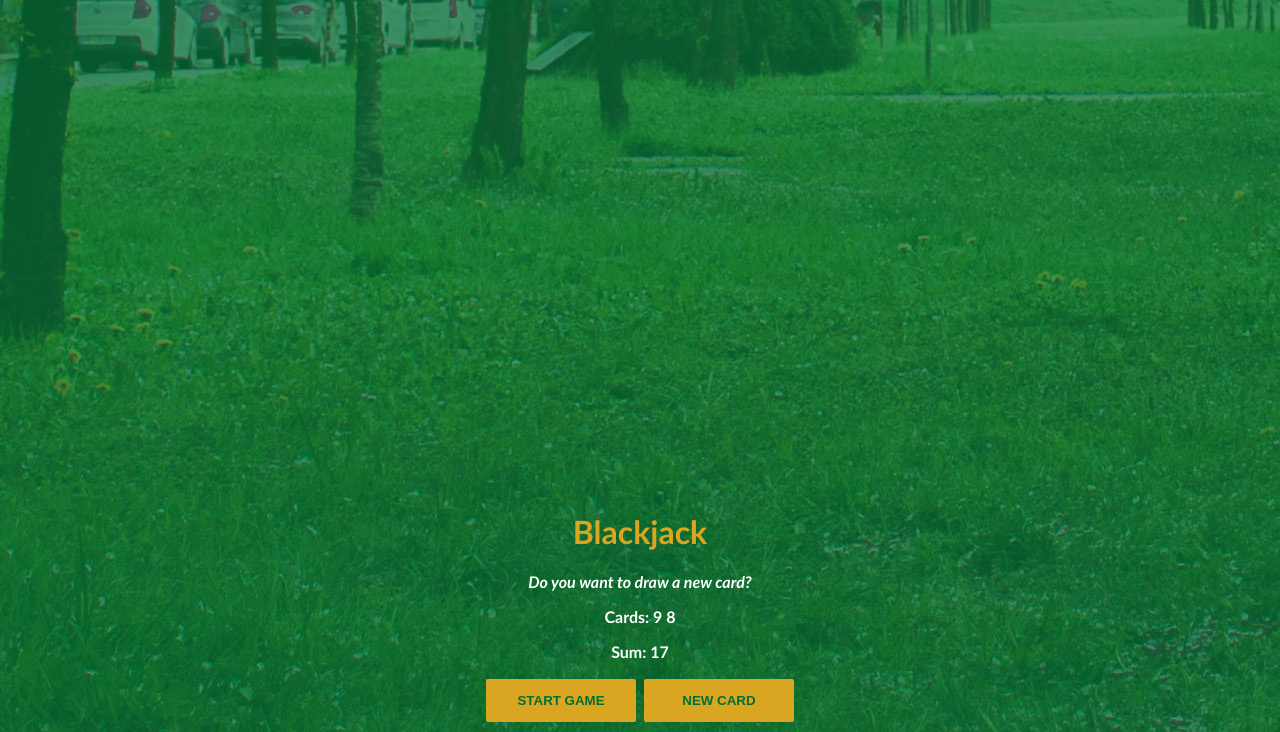
Repository: Samkiroko/black_jack
Page: index.html
An editor plug-in stored every save of this project. The page is shown before and after the next save, followed by the edit.
The browser window is 1280 px wide. The pictures show the whole page.
After loading, the first visible `button` was clicked once.

Above is the page before, as saved 2022-04-30 16:29:33.
Console error: ReferenceError: l is not defined

### index.html
<!DOCTYPE html>
<html lang="en">

<head>
    <meta charset="UTF-8">
    <meta http-equiv="X-UA-Compatible" content="IE=edge">
    <meta name="viewport" content="width=device-width, initial-scale=1.0">
    <link rel="stylesheet" href="index.css">
    <title>Document</title>
</head>

<body>
    <h1>Blackjack</h1>
    <p id="message-el">Want to play a round?</p>
    <p id="cards-el">Cards:</p>
    <p id="sum-el">Sum:</p>
    <button onclick="startGame()">START GAME</button>
    <button onclick="newCard()">NEW CARD</button>
    <!-- 1. Create a NEW CARD button, make it run newCard() on click -->
    <script src="index.js" defer></script>

</body>

</html>

### index.css
body {
    font-family: 'Trebuchet MS', 'Lucida Sans Unicode', 'Lucida Grande', Arial, sans-serif;
    background-image: url('img/green.jpg');
    background-size: auto;
    background-repeat: no-repeat;
    font-weight: bold;
    color: white;
    text-align: center;
    display: block;
    margin-left: auto;
    margin-right: auto;
    margin-top: 40%;
}

h1 {
    color: goldenrod;
}

#message-el {
    font-style: italic;
}


/* 3. Make sure that the two buttons have some space between
each other when they are rendered out vertically */

button {
    color: #016f32;
    width: 150px;
    height: 43px;
    background: goldenrod;
    padding-top: 5px;
    padding-bottom: 5px;
    font-weight: bold;
    border: none;
    border-radius: 2px;
    margin: 2px;
}

### index.js
let firstCard = getRandomCard()
let secondCard = getRandomCard()
let cards = [firstCard, secondCard]
let sum = firstCard + secondCard
let hasBlackJack = false
let isAlive = true
let message = ''
let messageEl = document.getElementById('message-el')
let sumEl = document.getElementById('sum-el')
let cardsEl = document.getElementById('cards-el')

function getRandomCard() {
  let random = Math.floor(Math.random() * 13) + 1
  if (random === 1) {
    return 11
  } else if (random > 10) {
    return 10
  } else {
    return random
  }
}

function startGame() {
  renderGame()
}
l
function renderGame() {
  cardsEl.textContent = 'Cards: '
  for (let i = 0; i < cards.length; i++) {
    cardsEl.textContent += cards[i] + ' '
  }
  sumEl.textContent = 'Sum: ' + sum
  if (sum <= 20) {
    message = 'Do you want to draw a new card?'
  } else if (sum === 21) {
    message = "You've got Blackjack!"
    hasBlackJack = true
  } else {
    message = "You're out of the game!"
    isAlive = false
  }
  messageEl.textContent = message
}

// 2. Create a function newCard() that logs out "Drawing a new card from the deck!"

function newCard() {
  console.log('Drawing a new card from the deck')
  let newCard = getRandomCard()
  sum += newCard
  cards.push(newCard)
  console.log(cards)
  renderGame()
}

After the next save:
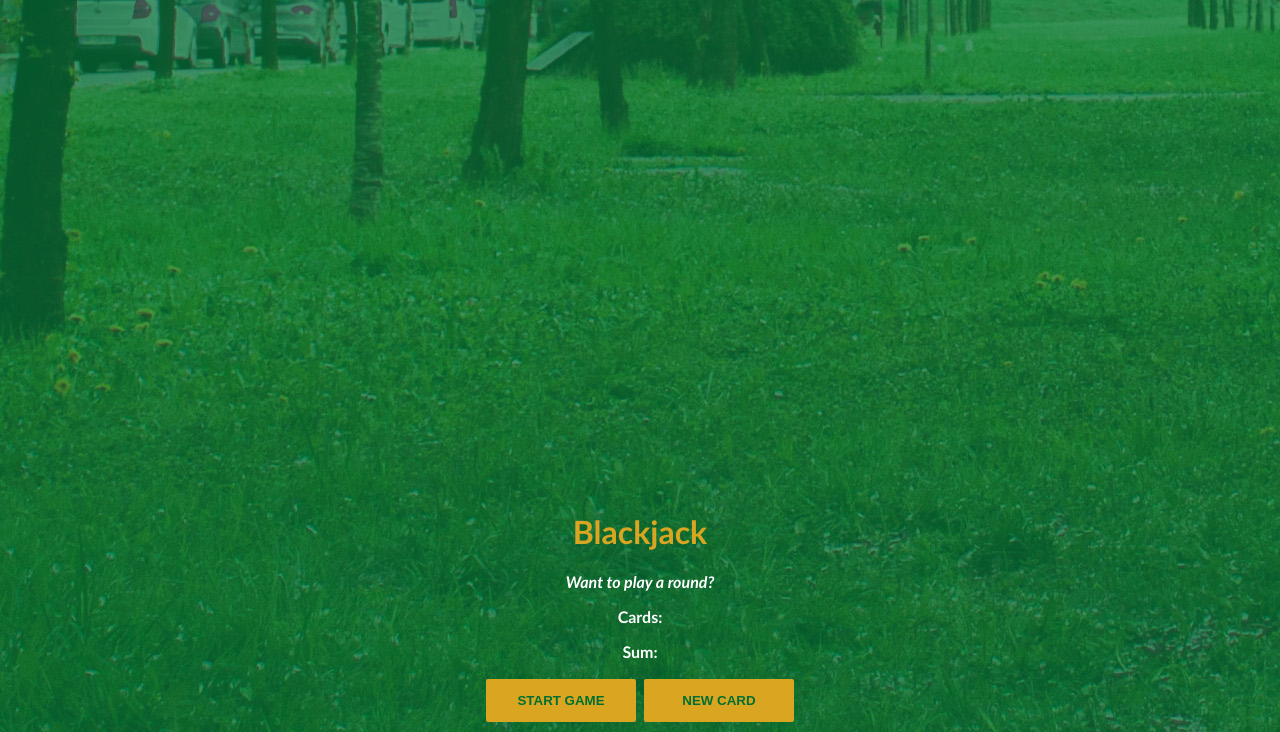
Console error: ReferenceError: firstCard is not defined
Saved 6 min 2 s later.
--- a/index.js
+++ b/index.js
@@ -1,9 +1,7 @@
-let firstCard = getRandomCard()
-let secondCard = getRandomCard()
-let cards = [firstCard, secondCard]
+let cards = []
 let sum = firstCard + secondCard
 let hasBlackJack = false
-let isAlive = true
+let isAlive = false
 let message = ''
 let messageEl = document.getElementById('message-el')
 let sumEl = document.getElementById('sum-el')
@@ -21,6 +19,9 @@ function getRandomCard() {
 }
 
 function startGame() {
+  let firstCard = getRandomCard()
+  let secondCard = getRandomCard()
+  cards += [firstCard, secondCard]
   renderGame()
 }
 l
